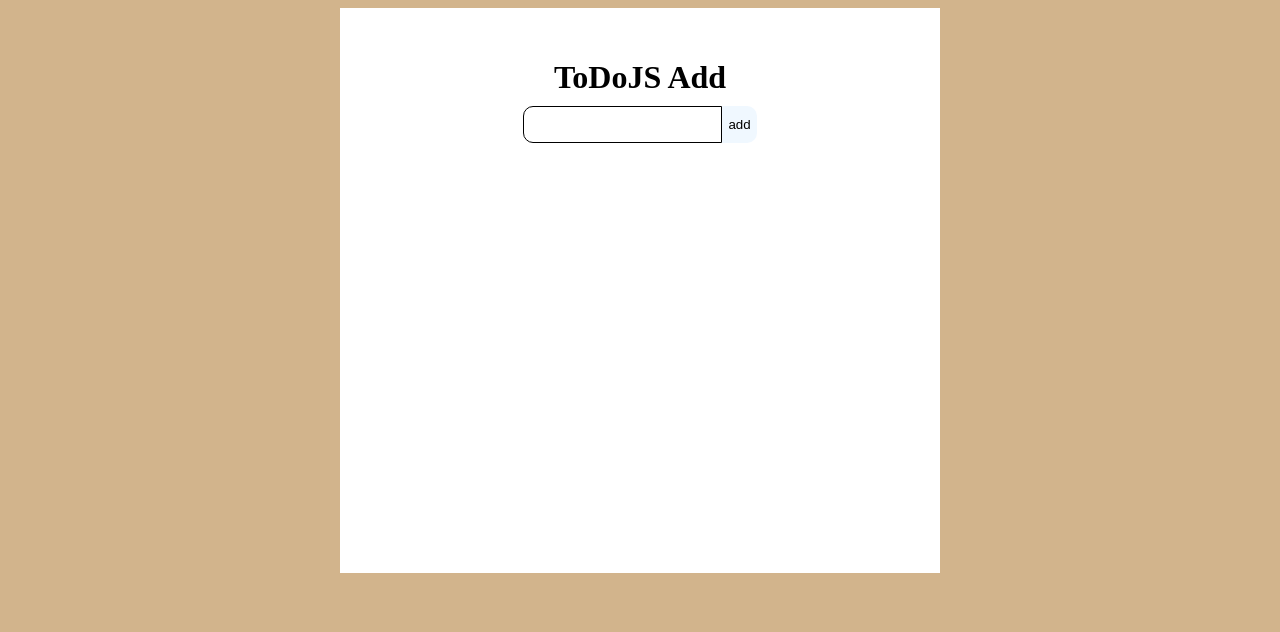
Repository: Savich01/ToDo
Page: index.html
These files come from the project's save history. The page is drawn as it stood at one moment and after the next save; the edit follows.
The browser window is 1280 px wide. The pictures show the whole page.

Above is the page before, as saved 2024-05-03 13:21:08.

After the next save:
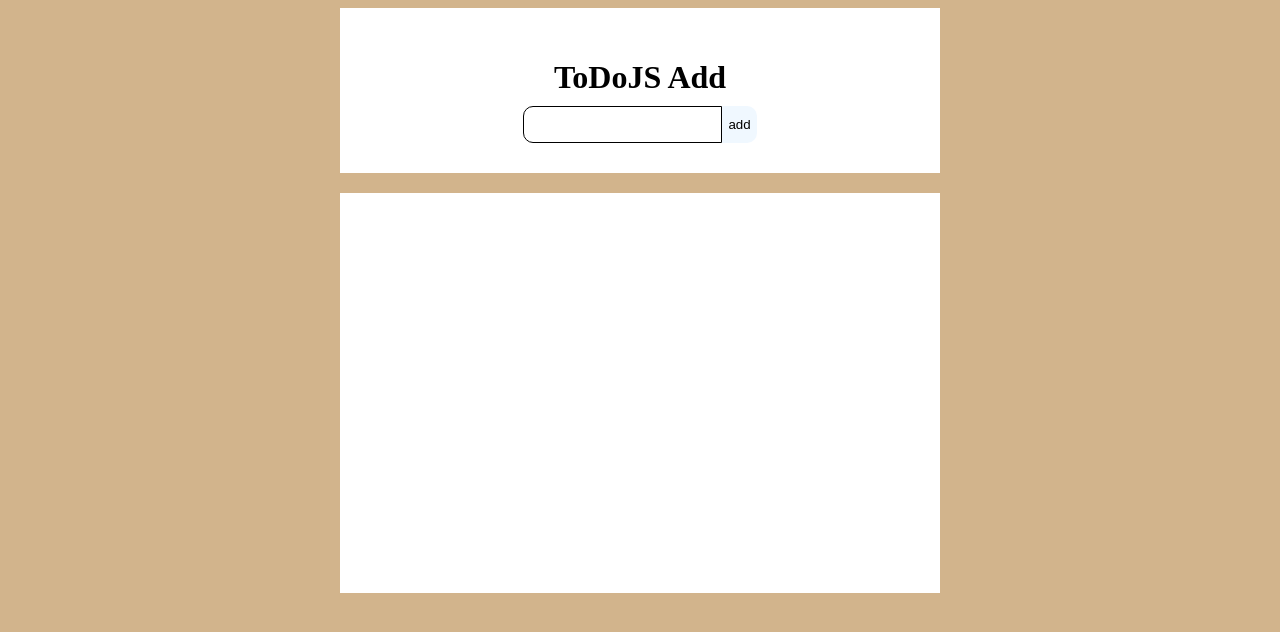
Saved 27 s later.
--- a/css/style.css
+++ b/css/style.css
@@ -2,7 +2,9 @@ body {
     max-width: 100%;
     background: tan;
 }
-
+.header {
+    margin-bottom: 20px;
+}
 .header-block {
     max-width: 600px;
     margin: 0 auto;
